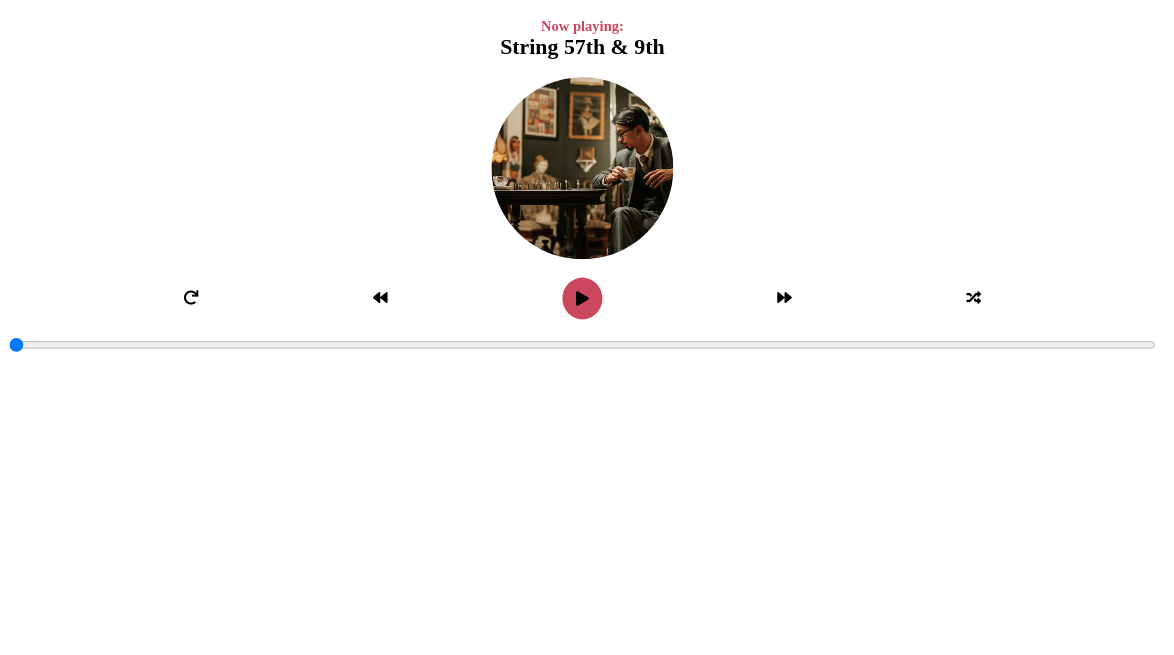
Repository: dovanthao2404/AppMusicPlayer
Page: index.html
The author's editor kept a copy of each file at every save. The page is drawn from the files as they stood at one save, then again after the next save.
The browser window is 1280 px wide. The page is 1280 px wide, then 1290 px, so the pictures cover 1290 px, including what lies to the right of the window. The pictures show the whole page, at 91% of full size.

Above is the page before, as saved 2021-06-28 02:19:01.

### index.html
<!DOCTYPE html>
<html lang="en">

<head>
  <meta charset="UTF-8">
  <meta http-equiv="X-UA-Compatible" content="IE=edge">
  <meta name="viewport" content="width=device-width, initial-scale=1.0">
  <title>Music</title>
  <!-- FONTAWESOME -->
  <link rel="stylesheet" href="https://cdnjs.cloudflare.com/ajax/libs/font-awesome/5.15.3/css/all.min.css"
    integrity="sha512-iBBXm8fW90+nuLcSKlbmrPcLa0OT92xO1BIsZ+ywDWZCvqsWgccV3gFoRBv0z+8dLJgyAHIhR35VZc2oM/gI1w=="
    crossorigin="anonymous" referrerpolicy="no-referrer" />
  <!-- MAIN CSS -->
  <link rel="stylesheet" href="./css/app.css">
</head>

<body>
  <div class="player">
    <div class="dashboards">
      <!-- HEADER -->
      <header>
        <h4>Now playing:</h4>
        <h2>String 57th & 9th</h2>
      </header>

      <!-- CD -->
      <div id="cd" class="cd">
        <div class="thumb">
          <img src="./img/loinho.jpg" alt="">
        </div>
      </div>

      <!-- CONTROL -->
      <div class="controls" class="controls">
        <div class="btn btn-repeat">
          <i class="fa fa-redo"></i>
        </div>
        <div class="btn btn-prev">
          <i class="fa fa-backward"></i>
        </div>
        <div class="btn btn-toggle-play">
          <i class="fa fa-play"></i>
          <i class="fa fa-pause"></i>
        </div>
        <div class="btn btn-next">
          <i class="fa fa-forward"></i>
        </div>
        <div class="btn btn-random">
          <i class="fa fa-random"></i>
        </div>
      </div>

      <!-- PROGRESS -->
      <input id="progress" class="progress" value="0" step="1" min="0" max="100" type="range">

      <!-- AUDIO -->
      <audio id="audio" src=""></audio>

      <!-- PLAY LIST -->
      <div class="playlist">

      </div>
    </div>
  </div>
  <script src="./js/app.js"></script>
</body>

</html>

### css/app.css
/* GLOBAL */
* {
  padding: 0;
  margin: 0;
  box-sizing: border-box;
}
/* PLAYER */
.dashboards {
  margin: 0 10px;
}
header {
  text-align: center;
  margin: 20px 0;
}
header h4 {
  color: rgb(202, 71, 93);
}
.cd {
  position: relative;
}
.thumb {
  width: 200px;
  height: 200px;
  position: absolute;
  top: 50%;
  left: 50%;
  transform: translate(-50%);
}
.thumb img {
  border-radius: 50%;
  width: 100%;
  height: 100%;
  object-fit: cover;
}
.controls {
  display: flex;
  justify-content: space-evenly;
  align-items: center;
  margin-top: 240px;
  margin-bottom: 20px;
}
.btn-toggle-play .fa {
  padding: 15px;
  border-radius: 50%;
  background-color: rgb(202, 71, 93);
}
.controls .fa-pause {
  display: none;
}
.progress {
  width: 100%;
}

Loaded but not shown: js/app.js (no stored copy; drawn as an empty file)

After the next save:
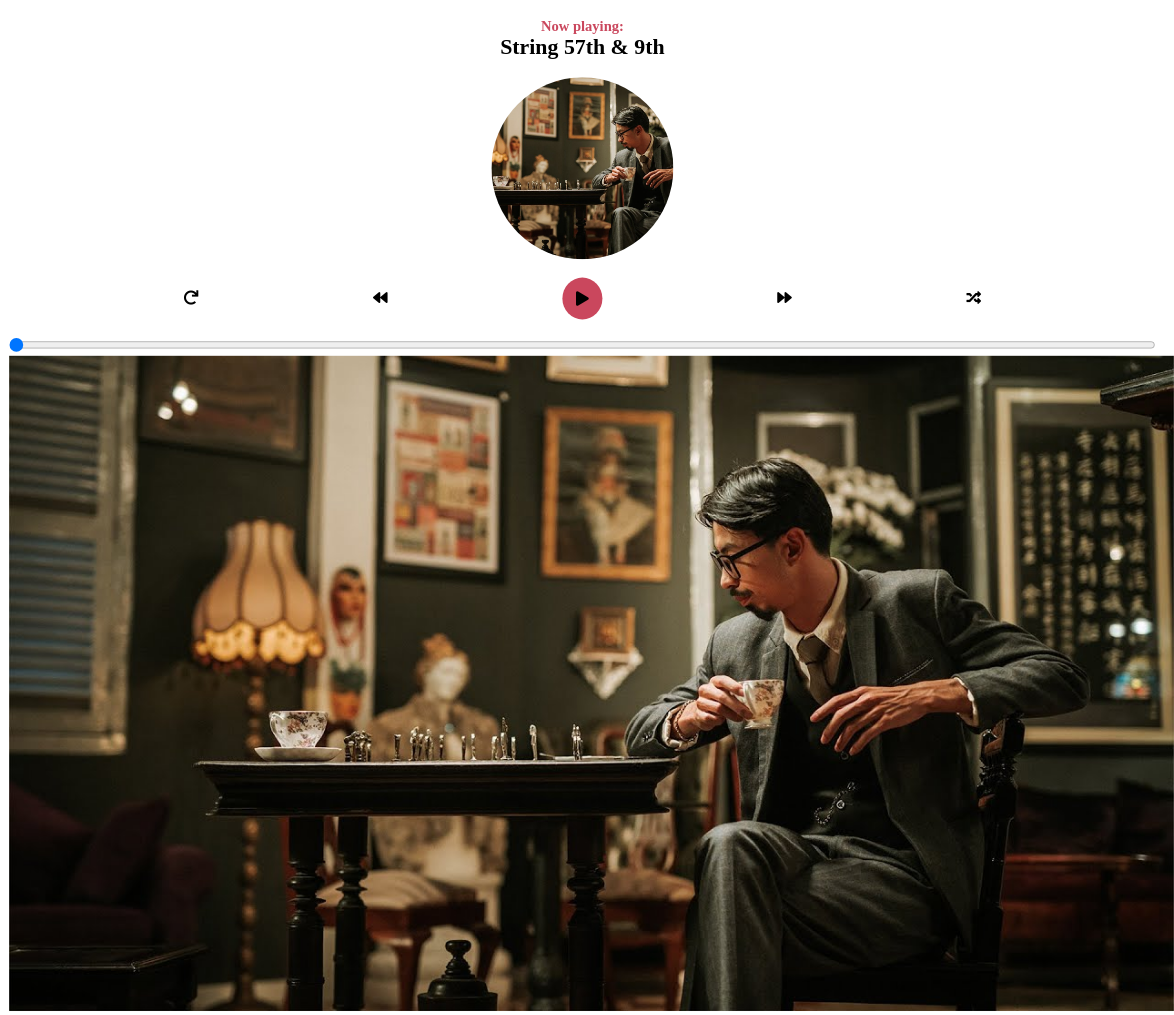
Saved 67 s later.
--- a/index.html
+++ b/index.html
@@ -58,7 +58,9 @@
 
       <!-- PLAY LIST -->
       <div class="playlist">
-
+        <div class="song">
+          <img src="./img/loinho.jpg" alt="">
+        </div>
       </div>
     </div>
   </div>
